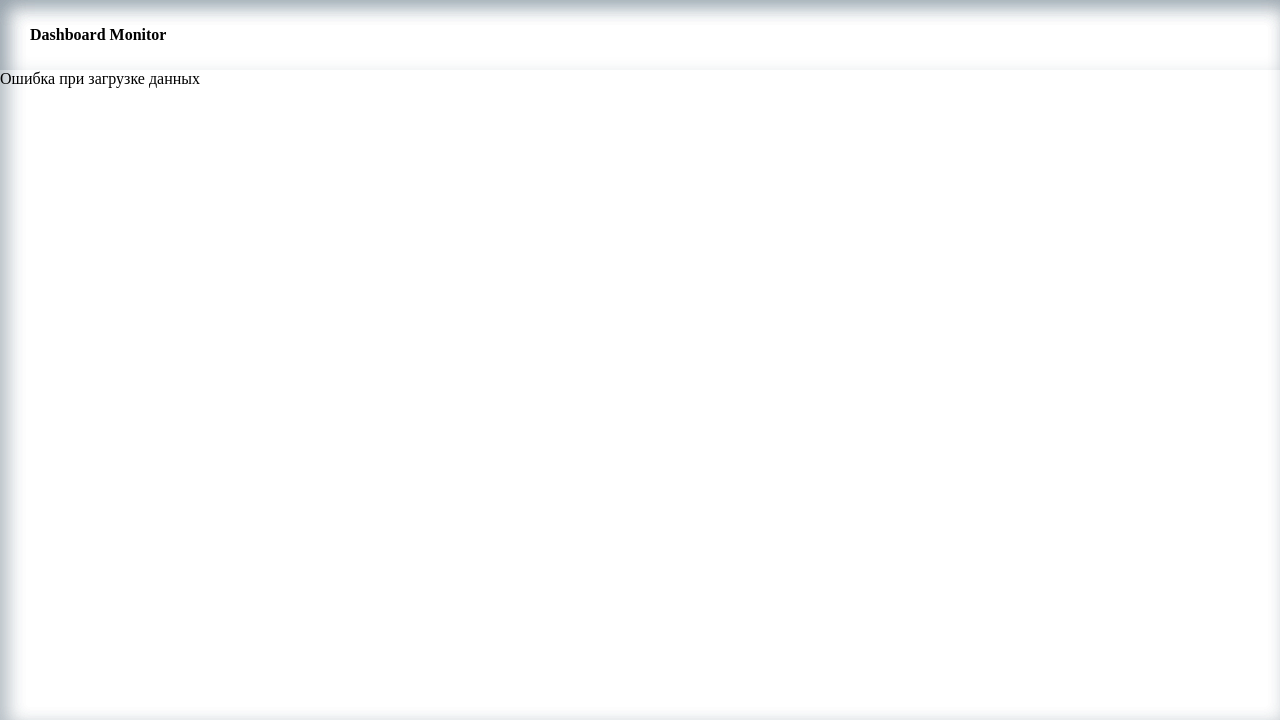
Repository: egorgloom/dashboard
Page: /
These files come from the project's save history. The page is drawn as it stood at one moment and after the next save; the edit follows.
The browser window is 1280 px wide. The pictures show the whole page.
The page's requests for data from a server got no answer. The project was rebuilt for these pictures with package versions that can differ from the ones it lists, and the page was loaded fresh each time. No one was signed in, and anything a server would have sent is missing. Also part of the build but not shown: webpack.config.js, src/components/StatWidget/StatWidget.tsx, src/components/AutorefreshToggle/AutorefreshToggle.tsx, src/components/SelectFilter/SelectFilter.tsx, src/components/Button/AutoRefresher.tsx, src/components/Charts/MetricsChart.tsx, src/components/SingleServerMetrics/SingleServerMetrics.tsx.

Above is the page before, as saved 2025-04-29 14:13:49.

After the next save:
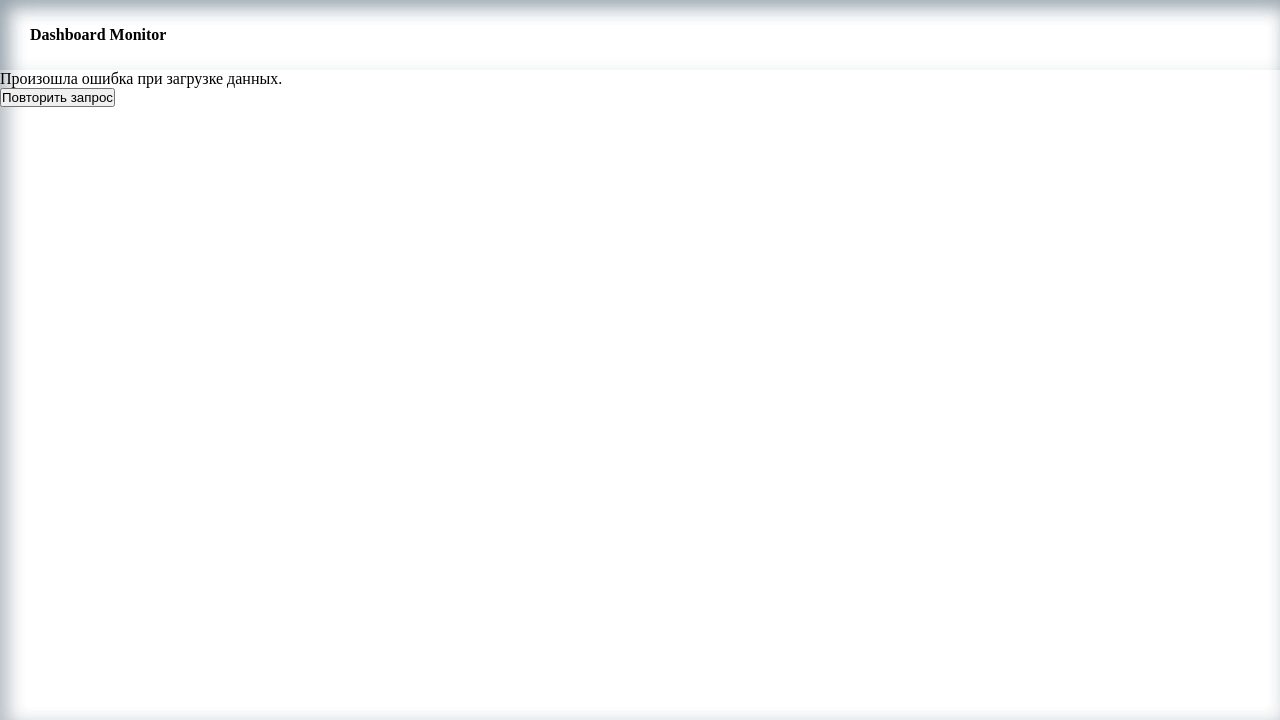
Saved 3 min 14 s later.
--- a/src/components/OverviewPage/OverviewPage.tsx
+++ b/src/components/OverviewPage/OverviewPage.tsx
@@ -58,7 +58,12 @@ const OverviewPage: FC = () => {
     }
 
     if (error) {
-        return <div>Ошибка при загрузке данных</div>;
+        return (
+            <div >
+              <p>Произошла ошибка при загрузке данных.</p>
+              <button onClick={() => refetch()}>Повторить запрос</button>
+            </div>
+          );
     }
     return (
         <>
